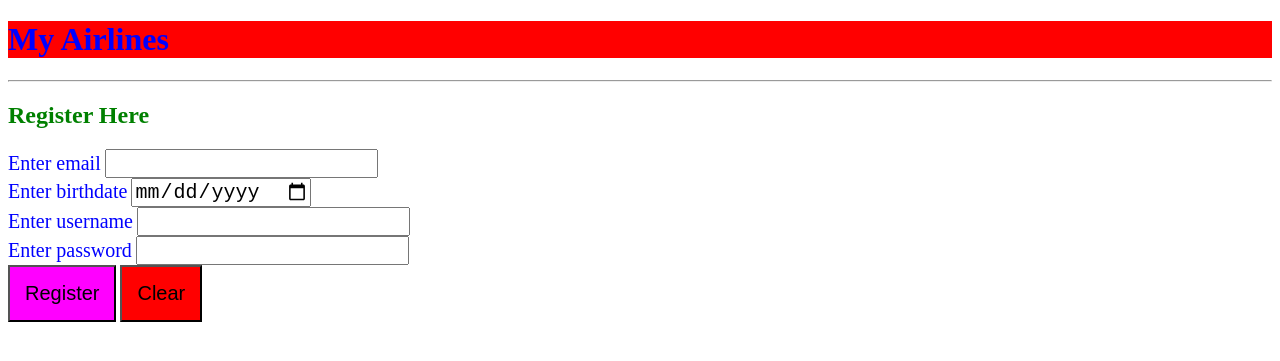
Repository: vishhaldawane/DS_WEB23
Page: MyWebProject/public/Register.html
These files come from the project's save history. The page is drawn as it stood at one moment and after the next save; the edit follows.
The browser window is 1280 px wide. The pictures show the whole page.

Above is the page before, as saved 2023-07-31 08:47:14.

### MyWebProject/public/Register.html
<!DOCTYPE html>
<html>

<head>
<meta charset="UTF-8">
	<title>Login here</title>
	<link rel="stylesheet" href="Login3.css">
</head>


	<body>
		<h1>My Airlines</h1>
		<hr>
		<h2>Register Here</h2>

		<form action="Login3.html">
			<label>Enter email</label> <input  type=text     name="ueamil"><br>
			<label>Enter birthdate</label> <input  type=date     name="udob"><br>

			<label>Enter username</label> <input  type=text     name="uname"><br>
			<label>Enter password</label> <input  type=password name="upass"><br>

			<button type="submit">Register</button>
			<button style="background-color: red">Clear</button>
		</form>
	</body>

</html>

### MyWebProject/public/Login3.css
@charset "UTF-8";
		h1 {
			background-color:red;
			color: blue;
		}
		h2 {
			color: green;
		}
		label {
			color: blue;
			font-size: 20px;
		}
		input {
			color: black; font-size: 20px
		}
		button {
			padding: 15px; background-color: magenta; font-size: 20px
		}

After the next save:
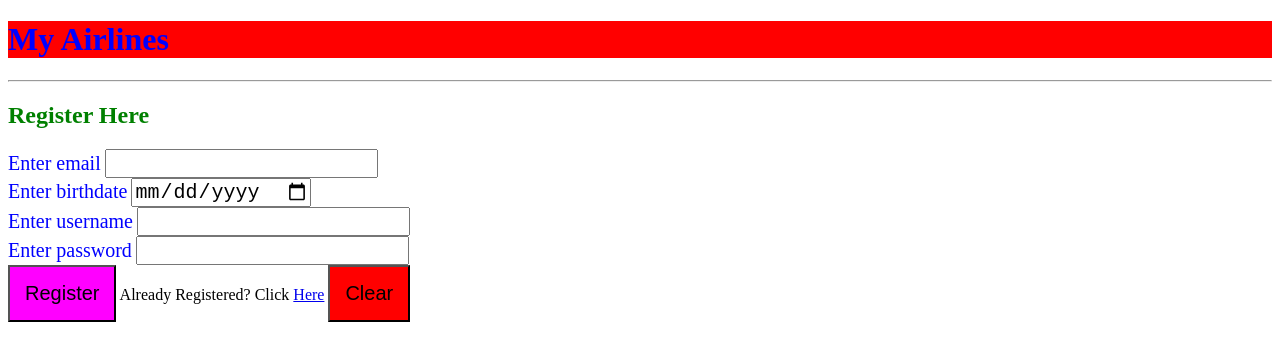
Saved 5 min 22 s later.
--- a/MyWebProject/public/Register.html
+++ b/MyWebProject/public/Register.html
@@ -21,6 +21,8 @@
 			<label>Enter password</label> <input  type=password name="upass"><br>
 
 			<button type="submit">Register</button>
+			Already Registered? Click <a href="Login3.html">Here</a>
+
 			<button style="background-color: red">Clear</button>
 		</form>
 	</body>
